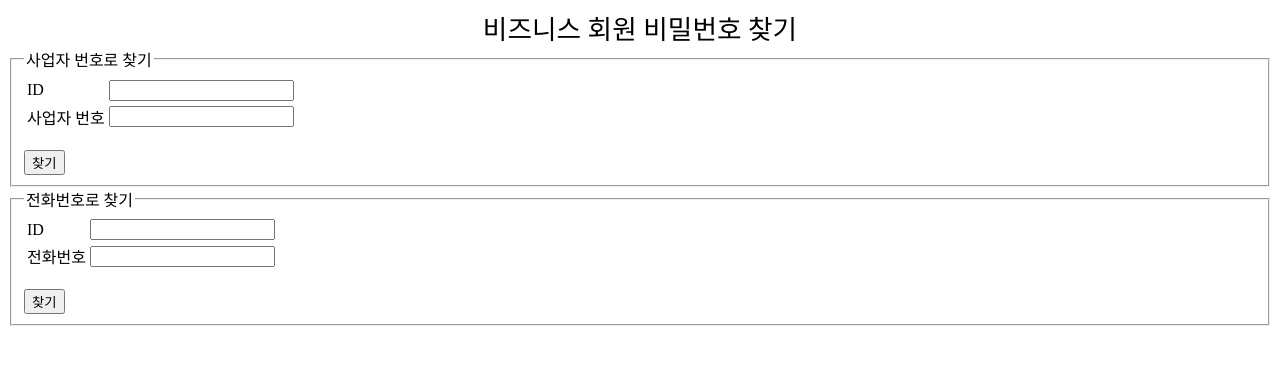
Repository: chmyj2/Team2_Final-project
Page: http://localhost/FinalProject/WEB-INF/views/2Team/t2login/t2_businessFindPW.jsp
These files come from the project's save history. The page is drawn as it stood at one moment and after the next save; the edit follows.
The browser window is 1280 px wide. The pictures show the whole page.
The page is served by Tomcat 9. Nobody is signed in. The template is opened directly, without the code that normally fills it, so the values that code supplies are empty.

Above is the page before, as saved 2022-09-02 01:02:40.

After the next save:
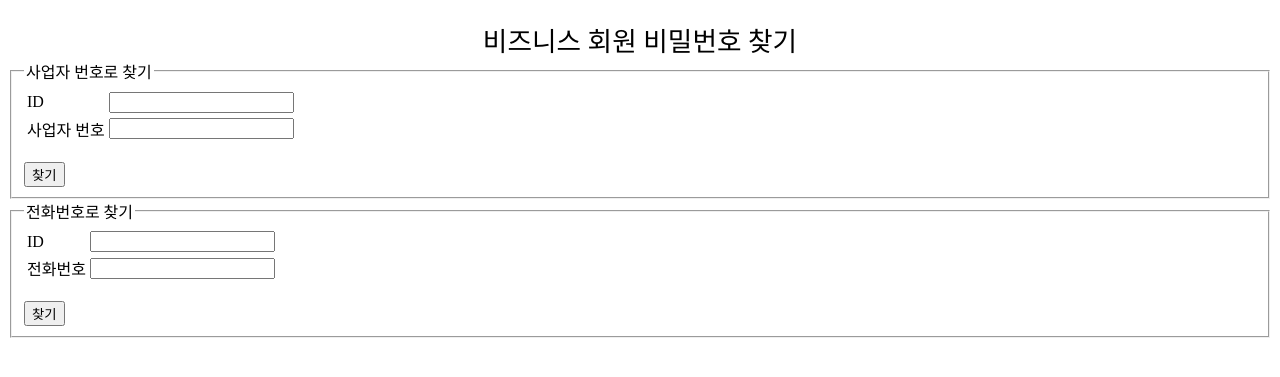
Saved 17 s later.
--- a/FinalProject/src/main/webapp/WEB-INF/views/2Team/t2login/t2_businessFindPW.jsp
+++ b/FinalProject/src/main/webapp/WEB-INF/views/2Team/t2login/t2_businessFindPW.jsp
@@ -7,7 +7,7 @@
 <title>Insert title here</title>
 </head>
 <body>
-<div style="text-align: center; font-size: 20pt; font-weight: 15pt;">비즈니스 회원 비밀번호 찾기</div>
+<div style="text-align: center; font-size: 20pt; font-weight: 15pt; margin-top: 20px;">비즈니스 회원 비밀번호 찾기</div>
 <div class="findID-outline">
 		<div class="findID-email">
 
